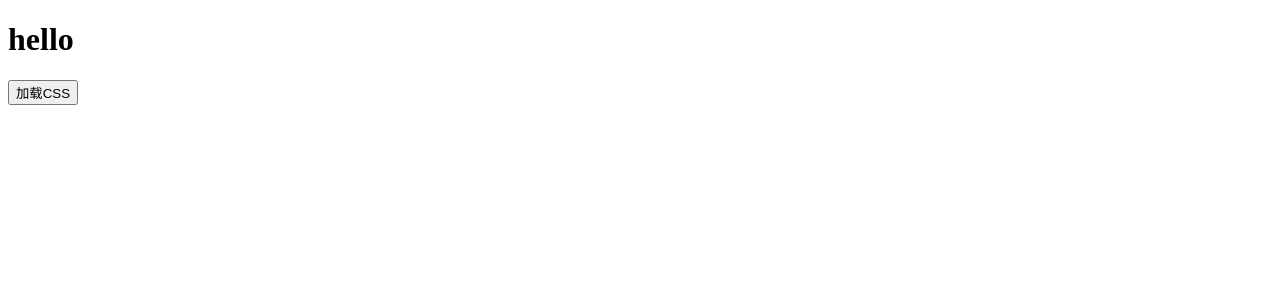
Repository: chenguocan/AJAX_1
Page: public/index.html
An editor plug-in stored every save of this project. The page is shown before and after the next save, followed by the edit.
The browser window is 1280 px wide. The pictures show the whole page.
After loading, the first visible `button.getCSS` was clicked once.

Above is the page before, as saved 2020-08-13 14:53:21.

### public/index.html
<!DOCTYPE html>
<html lang="en">

<head>
    <meta charset="UTF-8">
    <meta name="viewport" content="width=device-width, initial-scale=1.0">
    <title>Document</title>

</head>

<body>
    <h1> hello</h1>
    <button class="getCSS">加载CSS</button>
    <script src="main.js"></script>
</body>

</html>

### public/main.js
console.log("我是main.js");
const request = new XMLHttpRequest();
const getCSS = document.querySelector(".getCSS")
getCSS.onclick = () => {
    request.open("GET", "/style.css")
    request.onload = (() => {
        console.log("成功了")
        console.log(request.response);
    });
    request.onerror = (() => {
        console.log("失败了");
    });
    request.send();
}

Loaded but not shown: public/style.css (common file)

After the next save:
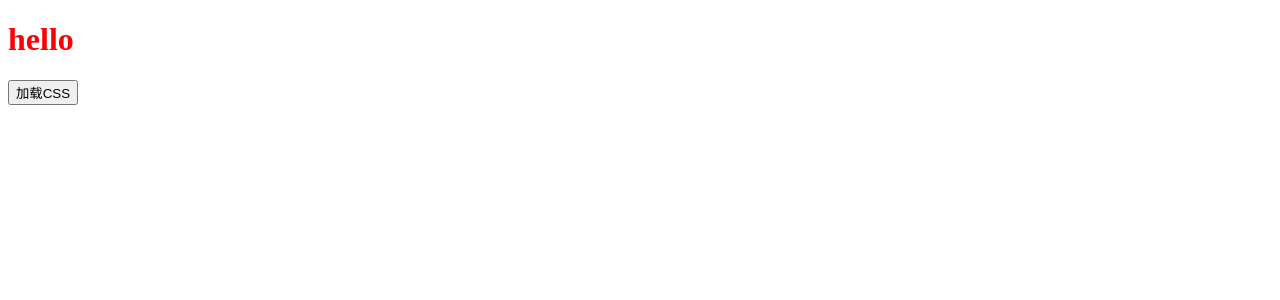
Saved 43 s later.
--- a/public/main.js
+++ b/public/main.js
@@ -6,6 +6,9 @@ getCSS.onclick = () => {
     request.onload = (() => {
         console.log("成功了")
         console.log(request.response);
+        const style = document.createElement("style");
+        style.innerHTML = request.response;
+        document.head.appendChild(style);
     });
     request.onerror = (() => {
         console.log("失败了");
